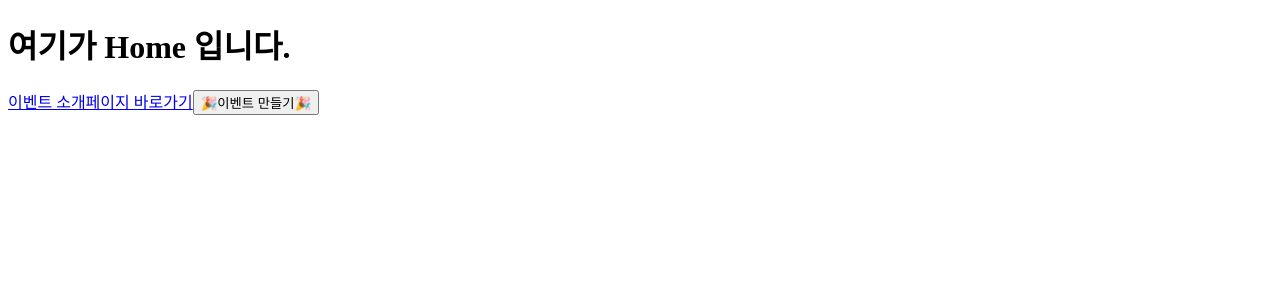
Repository: nyong-nyong/pangparty-fe
Page: /
The author's editor kept a copy of each file at every save. The page is drawn from the files as they stood at one save, then again after a run of saves.
The browser window is 1280 px wide. The pictures show the whole page.
The project was rebuilt for these pictures with package versions that can differ from the ones it lists, and the page was loaded fresh each time. Also part of the build but not shown: craco.config.js, vite.config.ts, src/components/PhotoAlbum/PhotoAlbum.jsx, src/pages/IntroEventPage.jsx, src/components/CreatePiece/CreatePieceFont.jsx, src/components/CreatePiece/RpThemeChange.jsx, src/components/CreatePiece/CreatedPiece.jsx, src/components/CreatePiece/CreatePiece.css and 6 more.

Above is the page before, as saved 2023-02-05 14:23:27.

After the next 6 saves:
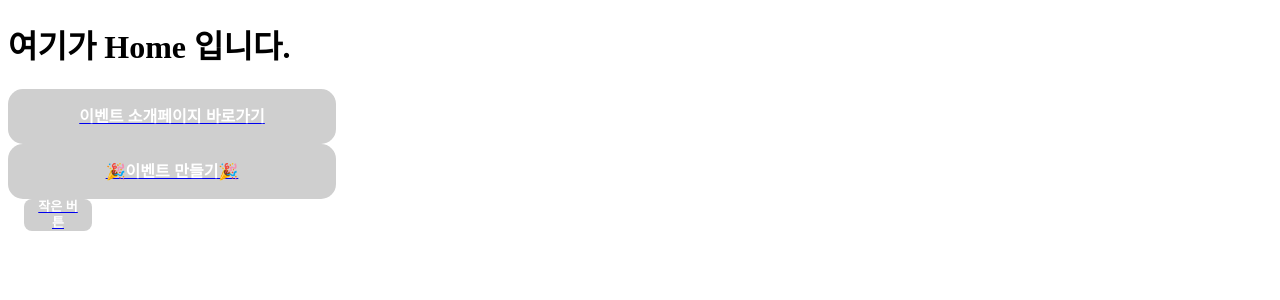
The 6 saves are shown as one change because they came seconds apart.
The last was saved 32 min 18 s later.
--- a/src/pages/HomePage.jsx
+++ b/src/pages/HomePage.jsx
@@ -1,16 +1,27 @@
-import { Link } from 'react-router-dom';
+// import SearchBar from "components/Search/SearchBar";
+// import SearchResults from "components/Search/SearchResults";
+// import SearchType from "components/Search/SearchType";
+import { Link } from "react-router-dom";
+import Button from "../components/common/Button";
 
 // 우리 메인 홈화면
 
 export default function HomePage() {
-	return (
-		<div>
-			<h1>여기가 Home 입니다.</h1>
-
-			<Link to='/event/intro'>이벤트 소개페이지 바로가기</Link>
-			<Link to='/event/create'>
-				<button type='button'>🎉이벤트 만들기🎉</button>
-			</Link>
-		</div>
-	);
+  return (
+    <div>
+      <h1>여기가 Home 입니다.</h1>
+      {/* <SearchBar/>
+      <SearchType/>
+      <SearchResults/> */}
+      <Link to="/event/intro">
+        <Button>이벤트 소개페이지 바로가기</Button>
+      </Link>
+      <Link to="/event/tagmember">
+        <div className="buttons">
+          <Button>🎉이벤트 만들기🎉</Button>
+          <Button size="small">작은 버튼</Button>
+        </div>
+      </Link>
+    </div>
+  );
 }
